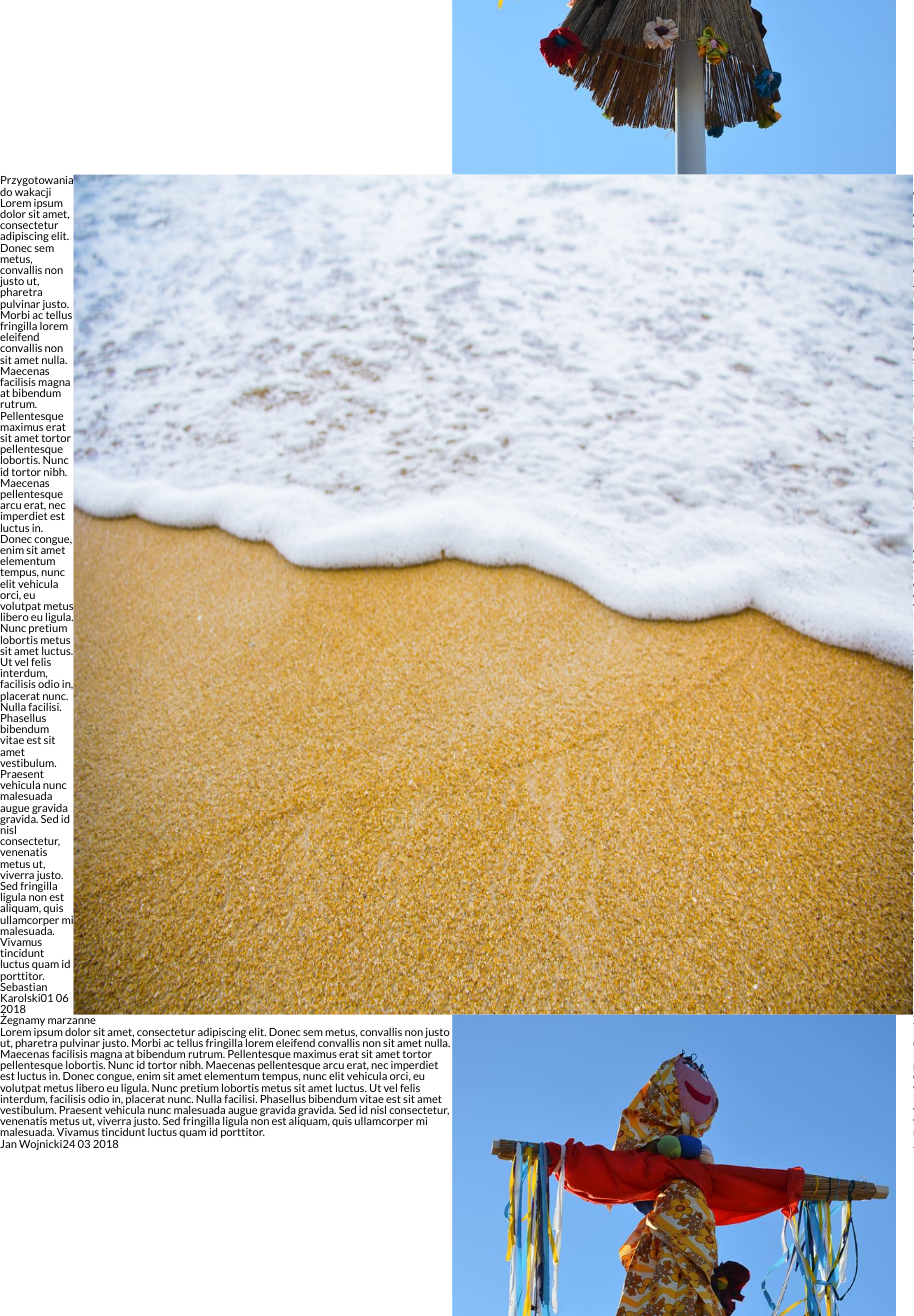
Repository: Votex874/e-szkole
Page: /blog (app in app/)
An editor plug-in stored every save of this project. The page is shown before and after the next save, followed by the edit.
The browser window is 1280 px wide. The page is 1305 px wide, so the pictures cover 1305 px, including what lies to the right of the window. The pictures show the part of the page from y = 708 to 2588 px (the page is 5069 px tall before and 5075 px after), at 70% of full size.
The project was rebuilt for these pictures with package versions that can differ from the ones it lists, and the page was loaded fresh each time. Also part of the build but not shown: app/src/components/News/Title/index.js, app/src/components/News/Content/index.js, app/src/components/News/Avatar/index.js, app/src/components/News/Footer/index.js, app/src/components/News/index.js, app/src/components/AboutUs/Content/index.js, app/src/components/AboutUs/index.js, app/src/components/Graduates/ListItem/index.js and 11 more.

Above is the page before, as saved 2019-03-05 18:08:54.

### app/src/index.js
import React from 'react';
import ReactDOM from 'react-dom';
import App from './App';
import * as serviceWorker from './serviceWorker';
import { createStore } from 'redux';
import { Provider } from 'react-redux';
import rootReducer from './reducers/rootReducer'

const store = createStore(rootReducer);

ReactDOM.render(<Provider store={store}><App /></Provider>, document.getElementById('root'));

// If you want your app to work offline and load faster, you can change
// unregister() to register() below. Note this comes with some pitfalls.
// Learn more about service workers: http://bit.ly/CRA-PWA
serviceWorker.unregister();

### app/src/App.js
import React, { Component } from 'react';
import { Route, BrowserRouter, Switch } from 'react-router-dom'
import './reset.scss'

import Home from './containers/Home/index'
import Login from './containers/Login/index'
import Contact from './containers/Contact/index'
import News from './containers/News/index'

class App extends Component {
  render() {
    return (
      <BrowserRouter>
        <Switch>
          <Route exact path='/' component={Home} />
          <Route path='/login' component={Login} />
          <Route path='/kontakt' component={Contact} />
          <Route path='/blog' component={News} />
        </Switch>
      </BrowserRouter>
    );
  }
}

export default App;

### app/src/reset.scss
html, body, div, span, applet, object, iframe,
h1, h2, h3, h4, h5, h6, p, blockquote, pre,
a, abbr, acronym, address, big, cite, code,
del, dfn, em, img, ins, kbd, q, s, samp,
small, strike, strong, sub, sup, tt, var,
b, u, i, center,
dl, dt, dd, ol, ul, li,
fieldset, form, label, legend,
table, caption, tbody, tfoot, thead, tr, th, td,
article, aside, canvas, details, embed,
figure, figcaption, footer, header, hgroup,
menu, nav, output, ruby, section, summary,
time, mark, audio, video {
	margin: 0;
	padding: 0;
	border: 0;
	font-size: 100%;
	font: inherit;
	vertical-align: baseline;
}
/* HTML5 display-role reset for older browsers */
article, aside, details, figcaption, figure,
footer, header, hgroup, menu, nav, section {
	display: block;
}
body {
	line-height: 1;
}
ol, ul {
	list-style: none;
}
blockquote, q {
	quotes: none;
}
blockquote:before, blockquote:after,
q:before, q:after {
	content: '';
	content: none;
}
table {
	border-collapse: collapse;
	border-spacing: 0;
}
@import url('https://fonts.googleapis.com/css?family=Lato:300,300i,400,400i,700&amp;subset=latin-ext');

 body {
	font-family: 'Lato', sans-serif;
 }

 a{
	 text-decoration: none;
 }

### app/src/containers/News/index.js
import React, { Component } from 'react'

import HeaderMain from '../../components/HeaderMain/index'
import Footer from '../../components/Footer/index'
import Blog from '../../components/Blog/index'


class News extends Component {
  render (){
    return (
      <React.Fragment>
        <HeaderMain />
        <Blog />
        <Footer />
      </React.Fragment>
    )
  }
}

export default News

### app/src/components/HeaderMain/index.js
import React, { Component } from 'react';
import styled from 'styled-components'
import Logo from '../Logo/index'
import Navigation from '../Nav/index'
import Hamburger from '../Hamburger/index'

const Header = styled.header`
 max-width: 1400px;
 height: 100px;
 margin: 0 auto;
 display: flex;
 justify-content: space-between;
 align-items: center;
 box-sizing: border-box;
 margin-top: 15px;
 @media (max-width: 1400px){
   width: 96%;
   height: 50px;
   align-items: center;
 }
`

class HeaderMain extends Component {
  constructor(props){
    super(props)

    this.state = {
      width: 0
    }
  }

  componentDidMount = () => {
    this.updateWindowDimensions();
    window.addEventListener('resize', this.updateWindowDimensions);
  }

  componentWillUnmount = () => {
    window.removeEventListener('resize', this.updateWindowDimensions);
  }

  updateWindowDimensions = () => {
    this.setState({ width: window.innerWidth });
  }

  render() {
    const { width } = this.state;
    return (
      <Header>
        <Logo />
        { width <= 767 ? <Hamburger /> : <Navigation /> }
      </Header>
    );
  }
}

export default HeaderMain;

### app/src/components/Footer/index.js
import React, { Component } from 'react'
import styled from 'styled-components'
import FooterNav from './FooterNav/index'
import { lightBlue } from '../../constColors'

const FooterContainer = styled.footer`
  width: 600px;
  margin: 0 auto;
  @media (max-width: 767px){
    width: 100%;
  }
`

const FooterBanner = styled.div`
  background-color: ${lightBlue};
  display: flex;
  justify-content: center;
  align-items: center;
  color: #fff;
  margin: 15px auto;
  height: 35px;
  border-radius: 10px;
  @media (max-width: 767px){
    width: 100%;
    border-radius: 0;
  }
`

class Footer extends Component {
  render(){
    return (
      <FooterContainer>
        <FooterNav />
        <FooterBanner>All rights reserved &copy; </FooterBanner>
      </FooterContainer>
    )
  }
}


export default Footer

### app/src/components/Blog/index.js
import React, { Component } from 'react'
import styled from 'styled-components'
import { connect } from 'react-redux'

import Post from './Post/index'
import SectionTitle from '../SectionTitle/index'
import IconNews from '../../images/icons/calendar.png'

const BlogContainer = styled.section`
`

class Blog extends Component {
  constructor(props){
    super(props)

    this.state = {
      title: "Aktualności"
    }
  }

  render(){
    const { news } = this.props
    return (
      <BlogContainer>
      <SectionTitle img={IconNews} title={this.state.title} />
        {news.map((post, i) => (
          <Post key={i} content={post} />
        ))}
      </BlogContainer>
    )
  }
}

const mapStateToProps = ({ news }) => {
  return {
    news
  }
}

export default connect(mapStateToProps)(Blog)

### app/src/components/Logo/index.js
import React, { Component } from 'react';
import styled from 'styled-components'
import { shineOnHover, lightBlue } from '../../constColors'
import { Link } from 'react-router-dom'

const Alink = styled.span`
  display: flex;
  flex-direction: column;
  justify-content: center;
  align-items: center;
  width: 225px;
  padding: 0 10px;
  text-decoration: none;
  font-size: 50px;
  @media (max-width: 767px) {
    width: 150px;
    height: auto;
    font-size: 28px;
    align-items: flex-start;
    justify-content: flex-start;
    padding: 0;
  }
  @media (min-width: 768px) and (max-width: 1400px) {
    width: 150px;
    font-size: 30px;
    padding: 0;
  }
  @media (min-width: 1401px){
    ${shineOnHover}
  }
`
const Span = styled.h1`
  color: ${lightBlue};
  transition: .2s;
`
const Bold = styled.b`
  font-weight: bold;
`

class Logo extends Component {
  constructor(props){
    super(props)

    this.state = {
      logoLink: '/'
    }
  }
  render() {
    const { logoLink } = this.state;
    return (
      <Link to={logoLink}>
        <Alink>
          <Span id='logo' className="logo2"><Bold>e</Bold> - <Bold>szkole</Bold></Span>
        </Alink>
      </Link>
    );
  }
}

export default Logo;

### app/src/components/Nav/index.js
import React, { Component } from 'react';
import { connect } from 'react-redux'
import styled from 'styled-components'
import SingleLink from './Link/index'
import LoginButton from './../LoginButton/index';


const Nav = styled.nav`
  display: flex;
  margin: 10px 20px 0 auto;
  @media (max-width: 767px){
    flex-direction: column;
    margin: 120px 0 0 0;
  }
`

class Navigation extends Component {

  render() {
    const { links } = this.props;
    let listOfLinks = [];
    let i = 0;
    for (const key of Object.keys(links)) {
      // console.log(key, links[key]);
      listOfLinks[i] = <SingleLink data={links[key]} key={key} />
      i++;
    }
    return (
      <React.Fragment>
        <Nav>
          {listOfLinks}
        </Nav>
        <LoginButton />
      </React.Fragment>
    );
  }
}

const mapStateToProps = (state) => {
  return {
    links: state.links
  }
}

export default connect(mapStateToProps)(Navigation);

### app/src/components/Hamburger/index.js
import React, { Component } from 'react';
import styled from 'styled-components'
import hamburgerImg from '../../images/icons/hamburger.png'
import times from '../../images/icons/times.png'
import Navigation from '../Nav/index'

const Hamburger = styled.div`
  width: 40px;
  height: 40px;
`

const HamburgerImg = styled.img`
  width: 100%;
  height: 100%;
  opacity: 1;
  transition: .4s;
  position: relative;
  z-index: 10;
`

const MobileContainer = styled.div`
  position: absolute;
  display: flex;
  flex-direction: column-reverse;
  top: 0;
  left: 0;
  width: 100vw;
  height: 100vh;
  background-color: #fff;
  opacity: .9;
  z-index: 1;
  transition: .3s;
`

class Hambuger extends Component {
  constructor(props){
    super(props)

    this.body = document.querySelector('body');

    this.state = {
      imgAlt: 'hamburgerMenuIcon',
      imgSrc: hamburgerImg,
      fade: 1,
      displayMobile: 'none'
    }
  }

  handleHamburger = () => {
    const { imgSrc } = this.state;
    setTimeout( () => {
      if (imgSrc !== hamburgerImg) {
        this.body.style.overflow = "auto";
        this.setState({
          imgSrc: hamburgerImg,
          displayMobile: 'none',
          fade: 1
        })
      } else {
        this.body.style.overflow = "hidden";
        this.setState({
          imgSrc: times,
          displayMobile: 'block',
          fade: 1
        })
      }
    }, 400)
    this.setState({
      fade: 0
    })
  }

  render() {
    const { imgAlt, imgSrc, fade, displayMobile } = this.state
    return (
      <Hamburger>
        <HamburgerImg style={{opacity: fade}} src={imgSrc} alt={imgAlt} onClick={this.handleHamburger}/>
        <MobileContainer style={{display: displayMobile}}>
          <Navigation />
        </MobileContainer>
      </Hamburger>
    );
  }
}


export default Hambuger;

### app/src/components/SectionTitle/index.js
import React from 'react'
import styled from 'styled-components'
import { lightBlue } from '../../constColors'

const HeaderTitle = styled.h2`
  color: ${lightBlue};
  font-size: 32px;
  text-transform: uppercase;
  font-weight: bold;
  text-align: center;
  @media (max-width: 767px){
    font-size: 22px;
  }
  @media (min-width: 768px) and (max-width: 1400px){
    font-size: 28px;
  }
`
const HeaderImg = styled.img`
  width: 40px;
  height: 30px;
  margin-left: 10px;
  @media(max-width: 767px){
    width: 30px;
    height: 20px;
  }
  @media (min-width: 768px) and (max-width: 1400px){
    width: 36px;
    height: 26px;
  }
`

const Header = styled.header`
  display: flex;
  justify-content: center;
  align-items: center;
  width: 90%;
  margin: 25px auto;
`

const SectionTitle = ({ title, img }) => {
  return (
    <Header>
      <HeaderTitle>{title}</HeaderTitle>
      <HeaderImg src={img} alt="ikona zespolu"/>
    </Header>
  )
}


export default SectionTitle;

### app/src/components/Footer/FooterNav/index.js
import React, { Component } from 'react'
import styled from 'styled-components'
import NavLink from './NavLink/index'
import { connect } from 'react-redux'

const NavContainer = styled.nav`
  display: flex;
  justify-content: space-between;
  width: 50%;
  @media (max-width: 767px){
    width: 90%;
    margin: 0 auto;
  }
`

class FooterNav extends Component {
  constructor(props){
    super(props)

    this.state = {
      nav: []
    }
  }
  componentDidMount = () => {
    const { links } = this.props
    let listOfNavs = [];
    let i = 0;
    for (const key of Object.keys(links)) {
      if(links[key].basic === 'true'){
        listOfNavs[i] =
          <NavLink name={links[key].name} url={links[key].url} key={key} />
        i++;
      }
    }
    this.setState({
      nav: listOfNavs
    })
  }

  render(){
    const { nav } = this.state;
    return(
      <NavContainer>
        {nav}
      </NavContainer>
    )
  }
}

const mapStateToProps = (state) => {
  return {
    links: state.links
  }
}

export default connect(mapStateToProps)(FooterNav);

### app/src/constColors.js
const brown = '#BF5000';
const greenDark = '#008723';
const greenLight = '#34BD56';
const lightBlue = '#00BEFF';
const turquoise = '#fff';
const darkBlue = '#0057AE';

const shineOnHover = `
position: relative;
    overflow: hidden;
    display: inline-block;
    border-radius: 5px;
    text-align: center;
    line-height: 50px;

  &:after {
    content: "";
    position: absolute;
    top: -110%;
    left: -210%;
    width: 200%;
    height: 200%;
    opacity: 0;
    /* transform: rotate(30deg); */

    background: rgba(0, 190, 255, 0.13);
    background: linear-gradient(
      to right,
      rgba(0, 190, 255, 0.13) 0%,
      rgba(0, 190, 255, 0.13) 77%,
      rgba(0, 190, 255, 0.5) 92%,
      rgba(0, 190, 255, 0.0) 100%
    );
  }

  &:hover:after {
    opacity: 1;
    top: -30%;
    left: -30%;
    transition-property: left, top, opacity;
    transition-duration: 0.7s, 0.7s, 0.15s;
    transition-timing-function: ease;
  }


  &:active:after {
    opacity: 0;
  }
`

export { brown, greenLight, greenDark, lightBlue, shineOnHover, turquoise, darkBlue }

### app/src/components/Blog/Post/index.js
import React, { Component } from 'react'
import styled from 'styled-components'

import Avatar from './Avatar/index'
import Content from './Content/index'
import Footer from './Footer/index'
import Title from './Title/index'

const PostContainer = styled.article`
  display: flex;
  margin: 0 auto;

  @media (max-width: 767px){
    flex-direction: column-reverse;
    width: 90%;
  }
`

const ContentContainer = styled.section`

`

class Post extends Component {
  render() {
    const { content } = this.props
    return (
      <PostContainer>
        <ContentContainer>
          <Title title={content.title} />
          <Content text={content.content} />
          <Footer date={content.date} author={content.author} />
        </ContentContainer>
        <Avatar img={content.imageName} />
      </PostContainer>
    )
  }
}

export default Post

### app/src/components/Nav/Link/index.js
import React from 'react';
import styled from 'styled-components'
import { shineOnHover, lightBlue } from '../../../constColors'
import { Link } from 'react-router-dom'

const Alink = styled.span`
  text-decoration: none;
  color: ${lightBlue};
  margin: 10px 0;
  padding: 0 12px;
  font-size: 20px;
  text-transform: uppercase;
  text-align: center;

  @media (max-width: 767px){
    font-size: 24px;
    display: flex;
    justify-content: center;
    align-items: center;
  }
  @media (min-width: 768px) and (max-width: 1050px){
    font-size: 14px;
    margin: 10px 0;
    padding: 4px;
  }
  @media (min-width: 1051px) and (max-width: 1400px){
    font-size: 18px;
    margin: 10px 0;
    padding: 0 10px;
  }
  @media (min-width: 1401px){
    ${shineOnHover}
}
`

const SingleLink = ({ data }) => {
  const handleClick = () => {
    document.querySelector('body').style.overflow = "auto";
  }
  return (
    <Link onClick={handleClick} to={data.url}>
      <Alink>
        {data.name}
      </Alink>
    </Link>
  )
}

export default SingleLink;

### app/src/components/LoginButton/index.js
import React, { Component } from 'react';
import styled from 'styled-components'
import imgUser from '../../images/icons/loginUser.png'
import { shineOnHover, lightBlue } from '../../constColors'
import { Link } from 'react-router-dom'

const ButtonAlink = styled.span`
  width: 160px;
  height: 30px;
  font-size: 14px;
  text-transform: uppercase;
  font-weight: bold;
  text-decoration: none;
  display: flex;
  justify-content: center;
  align-items: center;
  border-radius: 20px;
  border: 3px solid ${lightBlue};
  margin-top: 10px;
  @media (max-width: 767px){
    position: absolute;
    top: 15px;
    left: 10px;
    width: 220px;
    height: 40px;
    font-size: 24px;
  }
  @media (min-width: 768px) and (max-width: 1400px){
    width: 30px;
  }
  @media (min-width: 1401px){
    ${shineOnHover}
    border-radius: 20px;
    line-height: normal;
    display: flex;
  }
`

const IconImg = styled.img`
  background-position: center;
  background-size: cover;
  background-repeat: no-repeat;
  margin-left: 15px;
  width: 14px;
  height: 14px;
  @media (max-width: 767px){
    width: 26px;
    height: 26px;
  }
  @media (min-width: 768px) and (max-width: 1400px){
    margin-left: 0;
  }
`
const SpanText = styled.span`
  color: ${lightBlue};
  @media (min-width: 768px) and (max-width: 1400px){
    display: none;
  }
`

class LoginButton extends Component {
  constructor(props){
    super(props)

    this.state = {
      loginLink: '/login'
    }
  }

  handleEnableScroll = () => {
    document.querySelector('body').style.overflow = "auto";
  }

  render() {
    const { loginLink } = this.state;
    return (
      <Link onClick={this.handleEnableScroll} to={loginLink} >
        <ButtonAlink>
          <SpanText>zaloguj się</SpanText>
          <IconImg src={imgUser} />
        </ButtonAlink>
      </Link>
    );
  }
}

export default LoginButton;

### app/src/components/Footer/FooterNav/NavLink/index.js
import React from 'react'
import styled from 'styled-components'
import { Link } from 'react-router-dom'

const Alink = styled.span`
  text-decoration: none;
  font-size: 14px;
  color: #777;
  @media (max-width: 767px){
    font-size: 12px;
  }
  @media (min-width: 768px) and (max-width: 1400px){
    font-size: 14px;
  }
`


const NavLink = ({ name, url }) => {
  return (
    <Link to={url}>
      <Alink>{name}</Alink>
    </Link>
  )
}

export default NavLink

### app/src/components/Blog/Post/Avatar/index.js
import React from 'react'
const Avatar = ({ img }) => {
  return (
    <img src={require(`../../../../images/news/${img}.png`)} />
  )
}

export default Avatar

### app/src/components/Blog/Post/Content/index.js
import React from 'react'

const Content = ({ text }) => {
  return (
    <div>{text}</div>
  )
}

export default Content

### app/src/components/Blog/Post/Footer/index.js
import React from 'react'

const Footer = ({ author, date }) => {
  return (
    <div>{author}{date}</div>
  )
}

export default Footer

### app/src/components/Blog/Post/Title/index.js
import React from 'react'

const Title = ({ title }) => {
  return (
    <div>{title}</div>
  )
}

export default Title

Loaded but not shown: app/public/index.html (common file); app/src/serviceWorker.js (common file); app/src/reducers/rootReducer.js (90 lines, source omitted)

After the next save:
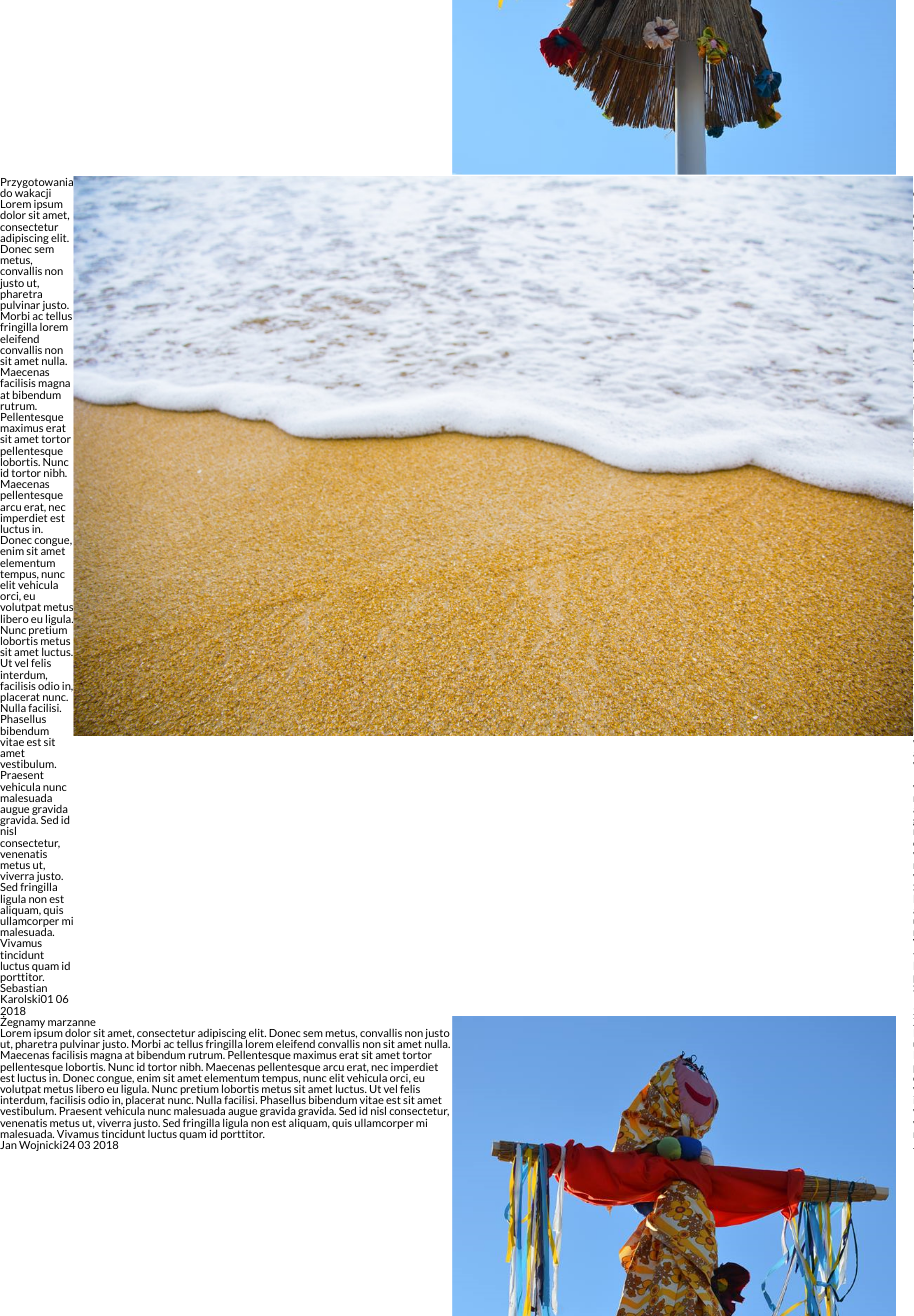
Saved 4 min 12 s later.
--- a/app/src/components/Blog/Post/Avatar/index.js
+++ b/app/src/components/Blog/Post/Avatar/index.js
@@ -1,7 +1,19 @@
 import React from 'react'
+import styled from 'styled-components'
+
+const AvatarImg = styled.img`
+
+`
+
+const ContainerImg = styled.div`
+
+`
+
 const Avatar = ({ img }) => {
   return (
-    <img src={require(`../../../../images/news/${img}.png`)} />
+    <ContainerImg>
+      <AvatarImg src={require(`../../../../images/news/${img}.png`)} />
+    </ContainerImg>
   )
 }
 
